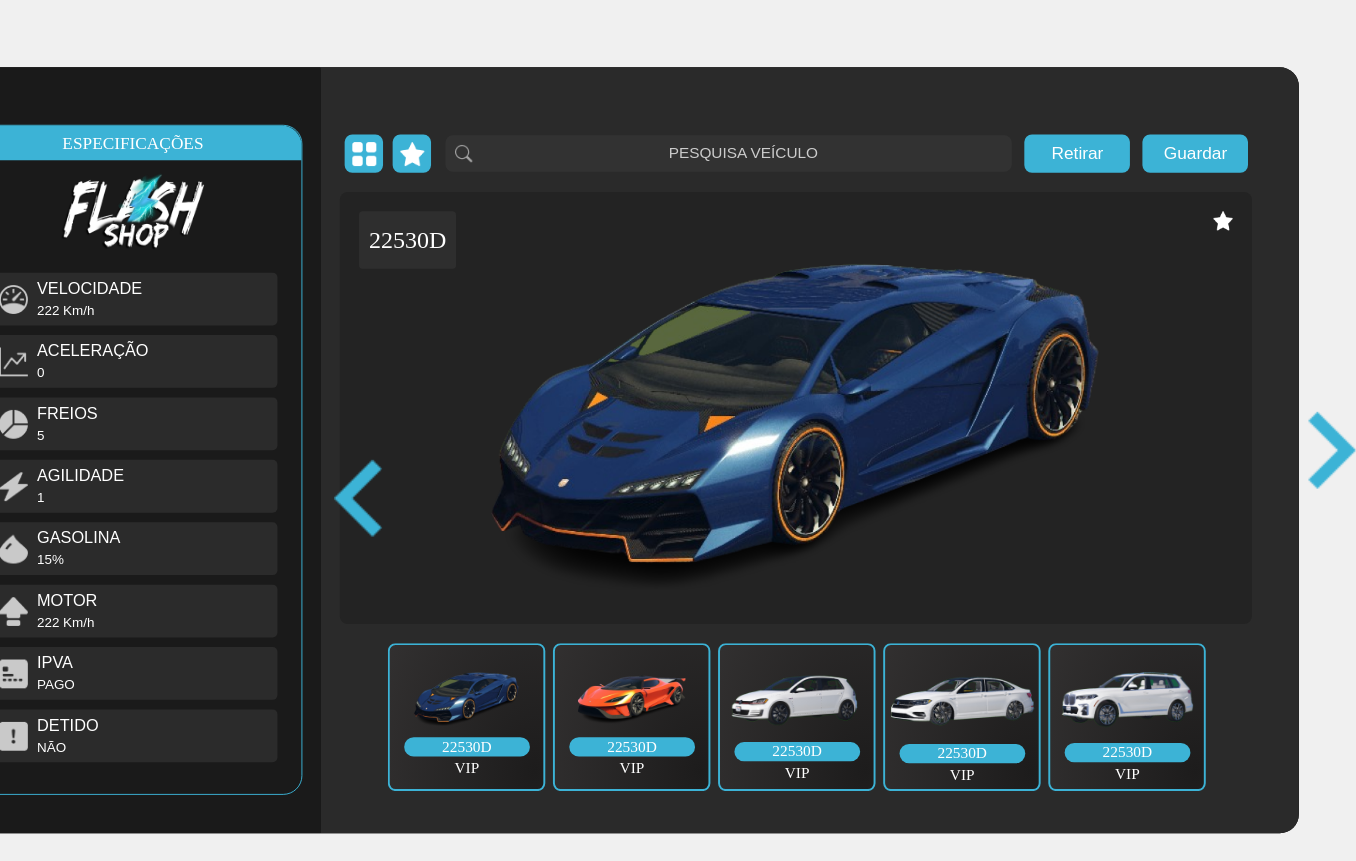
Repository: DuMCorrea/Garagem
Page: index.html
These files come from the project's save history. The page is drawn as it stood at one moment and after a run of saves; the edit follows.
The browser window is 1280 px wide. The page is 1413 px wide, so the pictures cover 1413 px, including what lies to the right of the window. The pictures show the whole page, at 96% of full size.
Some web fonts or font styles are not loaded; a fallback is used.

Above is the page before, as saved 2024-08-22 20:08:40.

After the next 3 saves:
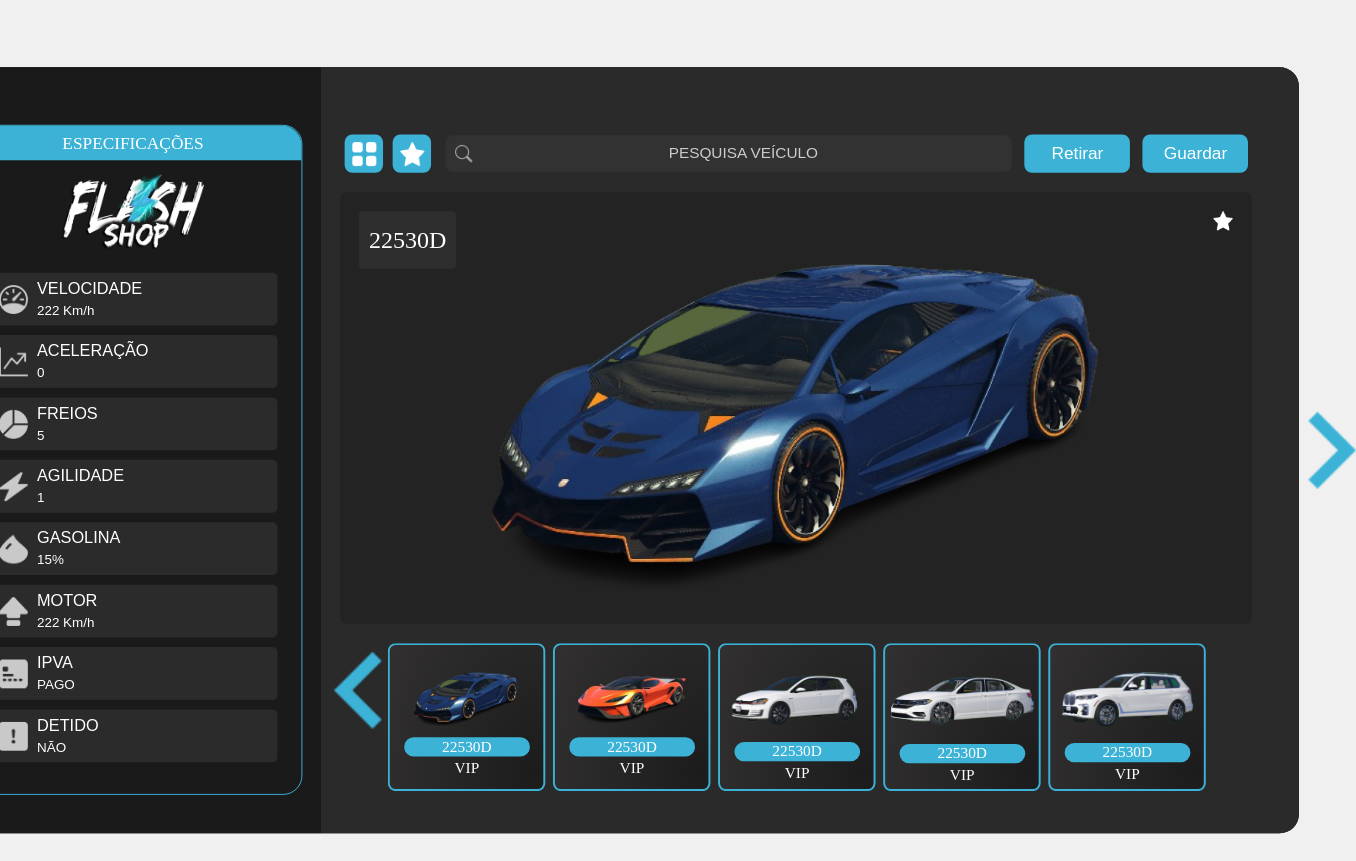
The 3 saves are shown as one change because they came seconds apart.
The last was saved 11 s later.
--- a/styles.css
+++ b/styles.css
@@ -401,7 +401,7 @@
 .imagem-lateral-esquerda {
     left: 0; /* Posiciona a imagem à esquerda dos cards */
     margin-left: 420px; /* Ajusta a distância da imagem em relação ao contêiner */
-    margin-top: 50px;
+    margin-top: 250px;
 }
 
 .imagem-lateral-direita {
